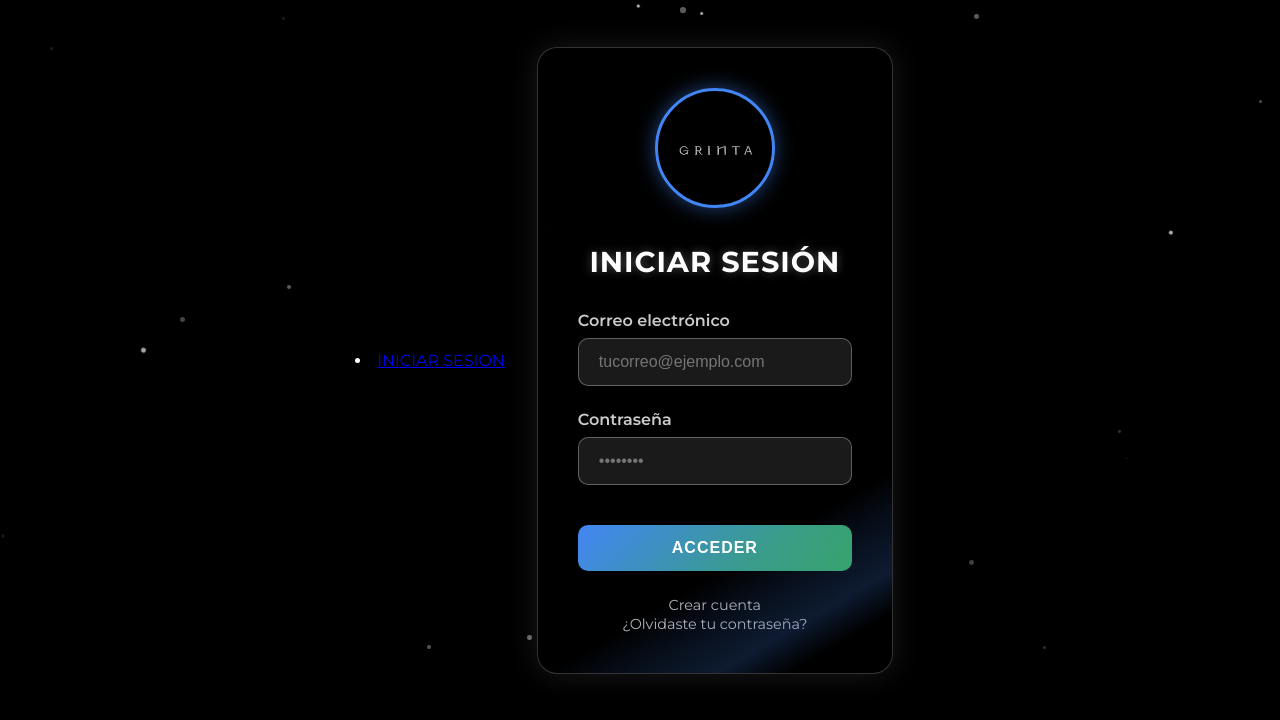
Repository: Juanho432381/GRINTA
Page: login.html
These files come from the project's save history. The page is drawn as it stood at one moment and after the next save; the edit follows.
The browser window is 1280 px wide. The pictures show the whole page.

Above is the page before, as saved 2025-07-24 14:37:21.

### login.html
<!DOCTYPE html>
<html lang="es">
<head>
  <meta charset="UTF-8">
  <meta name="viewport" content="width=device-width, initial-scale=1.0">
  <title>Grinta | Login Premium</title>
  <link rel="preconnect" href="https://fonts.googleapis.com">
  <link rel="preconnect" href="https://fonts.gstatic.com" crossorigin>
  <link href="https://fonts.googleapis.com/css2?family=Montserrat:wght@300;400;600;700&display=swap" rel="stylesheet">
    <li><a href="#">INICIAR SESION</a></li>
                </ul>
  <style>
    /* Reset y estilos base */
    * {
      margin: 0;
      padding: 0;
      box-sizing: border-box;
    }

    body {
      font-family: 'Montserrat', sans-serif;
      background: #000000; /* Fondo negro */
      height: 100vh;
      display: flex;
      justify-content: center;
      align-items: center;
      color: #fff;
      overflow: hidden;
    }

    /* Efecto de partículas (blancas) */
    .particles {
      position: absolute;
      width: 100%;
      height: 100%;
      z-index: 0;
    }

    .particle {
      position: absolute;
      background: rgba(255, 255, 255, 0.7); /* Partículas blancas */
      border-radius: 50%;
      animation: float 15s infinite linear;
      will-change: transform, opacity;
    }

    @keyframes float {
      0% { transform: translateY(0) rotate(0deg); opacity: 0; }
      10% { opacity: 1; }
      90% { opacity: 1; }
      100% { transform: translateY(-100vh) rotate(360deg); opacity: 0; }
    }

    /* Contenedor principal */
    .login-container {
      position: relative;
      z-index: 1;
      width: 100%;
      max-width: 420px;
      padding: 2rem;
    }

    /* Tarjeta de login */
    .login-card {
      background: rgba(0, 0, 0, 0.7); /* Fondo negro semitransparente */
      -webkit-backdrop-filter: blur(12px);
      backdrop-filter: blur(12px);
      border-radius: 20px;
      padding: 2.5rem;
      box-shadow: 0 0 30px rgba(255, 255, 255, 0.1); /* Sombra blanca */
      border: 1px solid rgba(255, 255, 255, 0.2); /* Borde blanco */
      overflow: hidden;
      transition: transform 0.4s, box-shadow 0.4s;
    }

    .login-card:hover {
      transform: translateY(-5px);
      box-shadow: 0 0 40px rgba(255, 255, 255, 0.15);
    }

    /* Logo con borde azul */
    .logo {
      text-align: center;
      margin-bottom: 2rem;
    }

    .logo img {
      width: 120px;
      border: 3px solid #4285f4; /* Borde azul */
      border-radius: 50%; /* Hace el logo circular */
      padding: 5px;
      box-shadow: 0 0 20px rgba(66, 133, 244, 0.5); /* Sombra azul */
      transition: all 0.3s;
    }

    .logo img:hover {
      transform: scale(1.05);
      box-shadow: 0 0 30px rgba(66, 133, 244, 0.8);
    }

    /* Título */
    .login-title {
      text-align: center;
      margin-bottom: 2rem;
      font-weight: 700;
      font-size: 1.8rem;
      color: #fff; /* Texto blanco */
      letter-spacing: 1px;
      text-shadow: 0 0 10px rgba(255, 255, 255, 0.3);
    }

    /* Formulario */
    .form-group {
      position: relative;
      margin-bottom: 1.5rem;
    }

    .form-group label {
      display: block;
      margin-bottom: 0.5rem;
      font-weight: 600;
      color: rgba(255, 255, 255, 0.8);
    }

    .form-control {
      width: 100%;
      padding: 14px 20px;
      background: rgba(255, 255, 255, 0.1);
      border: 1px solid rgba(255, 255, 255, 0.3);
      border-radius: 10px;
      color: #fff;
      font-size: 1rem;
      transition: all 0.3s;
    }

    .form-control:focus {
      outline: none;
      border-color: #4285f4; /* Azul al enfocar */
      background: rgba(255, 255, 255, 0.15);
      box-shadow: 0 0 0 3px rgba(66, 133, 244, 0.2);
    }

    /* Botón */
    .btn {
      width: 100%;
      padding: 14px;
      background: linear-gradient(135deg, #4285f4 0%, #34a853 100%); /* Degradado azul-verde */
      border: none;
      border-radius: 10px;
      color: #fff;
      font-size: 1rem;
      font-weight: 600;
      cursor: pointer;
      transition: all 0.3s;
      margin-top: 1rem;
      text-transform: uppercase;
      letter-spacing: 1px;
    }

    .btn:hover {
      background: linear-gradient(135deg, #34a853 0%, #4285f4 100%);
      transform: translateY(-2px);
      box-shadow: 0 10px 20px rgba(66, 133, 244, 0.4);
    }

    /* Enlaces */
    .login-links {
      margin-top: 1.5rem;
      text-align: center;
    }

    .login-links a {
      color: rgba(255, 255, 255, 0.7);
      text-decoration: none;
      font-size: 0.9rem;
      transition: color 0.3s;
      display: inline-block;
      margin: 0 10px;
    }

    .login-links a:hover {
      color: #4285f4; /* Azul al pasar el mouse */
    }

    /* Efecto de borde animado */
    .login-card::before {
      content: '';
      position: absolute;
      top: -50%;
      left: -50%;
      width: 200%;
      height: 200%;
      background: linear-gradient(
        to bottom right,
        transparent 45%,
        rgba(66, 133, 244, 0.1) 48%,
        rgba(66, 133, 244, 0.2) 52%,
        transparent 55%
      );
      transform: rotate(30deg);
      animation: shine 6s infinite linear;
      will-change: transform;
    }

    @keyframes shine {
      0% { transform: rotate(30deg) translate(-30%, -30%); }
      100% { transform: rotate(30deg) translate(30%, 30%); }
    }

    /* Responsive */
    @media (max-width: 480px) {
      .login-container {
        padding: 1rem;
      }
      .login-card {
        padding: 1.5rem;
      }
    }
  </style>
</head>
<body>
  <!-- Efecto de partículas -->
  <div class="particles" id="particles"></div>

  <!-- Contenedor principal -->
  <div class="login-container">
    <div class="login-card">
      <div class="logo">
        <img src="images/LogoGrinta.jpg" alt="Grinta Logo">
      </div>
      <h1 class="login-title">INICIAR SESIÓN</h1>
      <form id="loginForm">
        <div class="form-group">
          <label for="email">Correo electrónico</label>
          <input type="email" id="email" class="form-control" placeholder="tucorreo@ejemplo.com" required>
        </div>
        <div class="form-group">
          <label for="password">Contraseña</label>
          <input type="password" id="password" class="form-control" placeholder="••••••••" required>
        </div>
        <button type="submit" class="btn">Acceder</button>
      </form>
      <div class="login-links">
        <a href="register.html">Crear cuenta</a>
        <a href="forgot.html">¿Olvidaste tu contraseña?</a>
      </div>
    </div>
  </div>

  <script>
    // Efecto de partículas
    const particlesContainer = document.getElementById('particles');
    for (let i = 0; i < 30; i++) {
      const particle = document.createElement('div');
      particle.classList.add('particle');
      particle.style.width = `${Math.random() * 5 + 1}px`;
      particle.style.height = particle.style.width;
      particle.style.left = `${Math.random() * 100}%`;
      particle.style.top = `${Math.random() * 100}%`;
      particle.style.animationDelay = `${Math.random() * 15}s`;
      particle.style.opacity = Math.random() * 0.5 + 0.1;
      particlesContainer.appendChild(particle);
    }

    // Validación del formulario
    document.getElementById('loginForm').addEventListener('submit', function(e) {
      e.preventDefault();

      const email = document.getElementById('email').value;
      const password = document.getElementById('password').value;
      const btn = document.querySelector('.btn');

      // Simulación de carga
      btn.innerHTML = '<span class="btn-loader"></span> AUTENTICANDO...';
      btn.style.opacity = '0.8';
      btn.disabled = true;

      setTimeout(() => {
        // Validación simple (sin BD)
        if (email && password.length >= 6) {
          btn.innerHTML = '¡ACCESO CONCEDIDO!';
          btn.style.background = 'linear-gradient(135deg, #00c853 0%, #5efc82 100%)';
          setTimeout(() => {
            window.location.href = 'index.html';
          }, 1000);
        } else {
          btn.innerHTML = 'CREDENCIALES INVÁLIDAS';
          btn.style.background = 'linear-gradient(135deg, #ff1744 0%, #ff616f 100%)';
          setTimeout(() => {
            btn.innerHTML = 'Acceder';
            btn.style.background = 'linear-gradient(135deg, #4285f4 0%, #34a853 100%)';
            btn.style.opacity = '1';
            btn.disabled = false;
          }, 2000);
        }
      }, 1500);
    });
  </script>
</body>
</html>

After the next save:
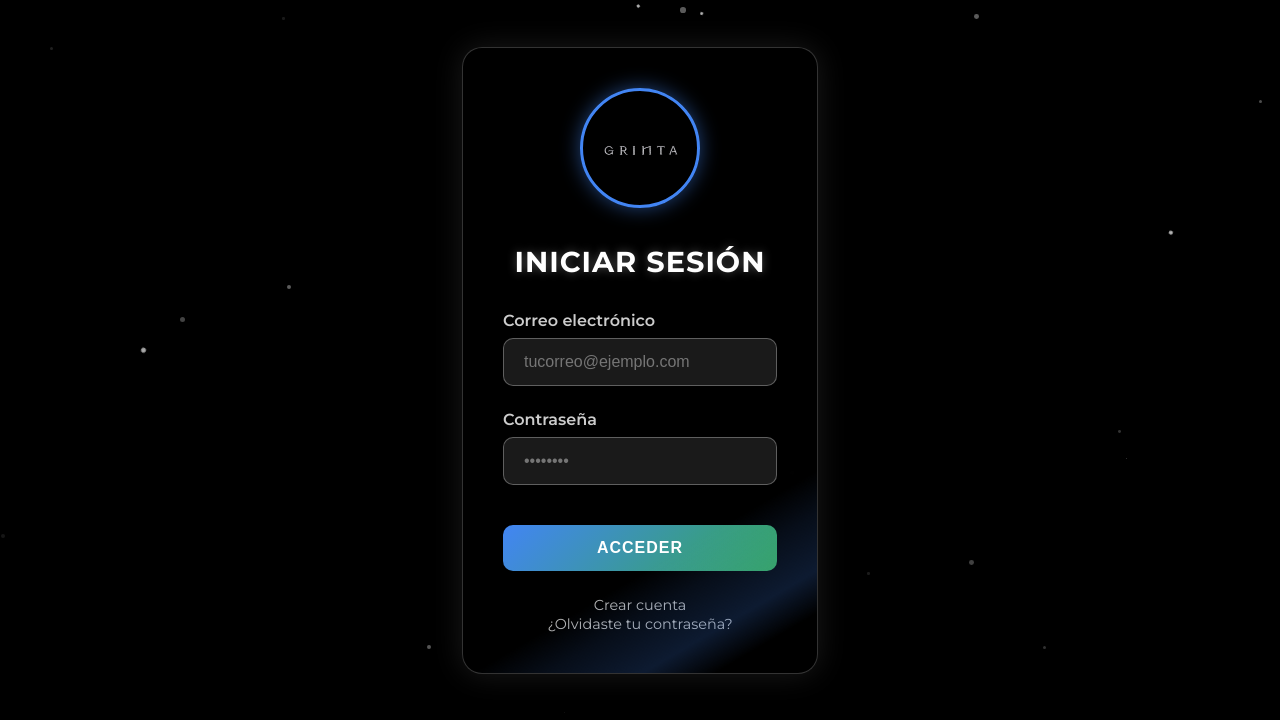
Saved 20 s later.
--- a/login.html
+++ b/login.html
@@ -7,8 +7,6 @@
   <link rel="preconnect" href="https://fonts.googleapis.com">
   <link rel="preconnect" href="https://fonts.gstatic.com" crossorigin>
   <link href="https://fonts.googleapis.com/css2?family=Montserrat:wght@300;400;600;700&display=swap" rel="stylesheet">
-    <li><a href="#">INICIAR SESION</a></li>
-                </ul>
   <style>
     /* Reset y estilos base */
     * {
